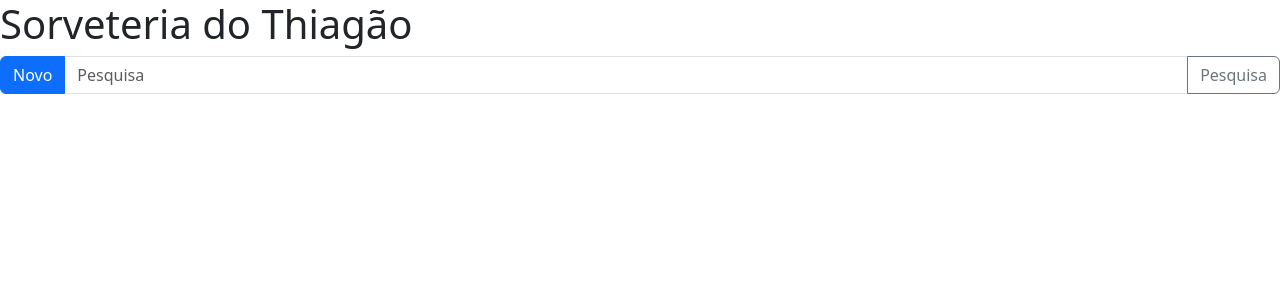
Repository: marcolino-t/Desenvolvimento_Web
Page: OlaMundo2/src/main/webapp/sorveteapi/sorvete.html
The author's editor kept a copy of each file at every save. The page is drawn from the files as they stood at one save, then again after the next save.
The browser window is 1280 px wide. The pictures show the whole page.
The page's requests for data from a server got no answer.

Above is the page before, as saved 2024-12-01 13:59:08.

After the next save:
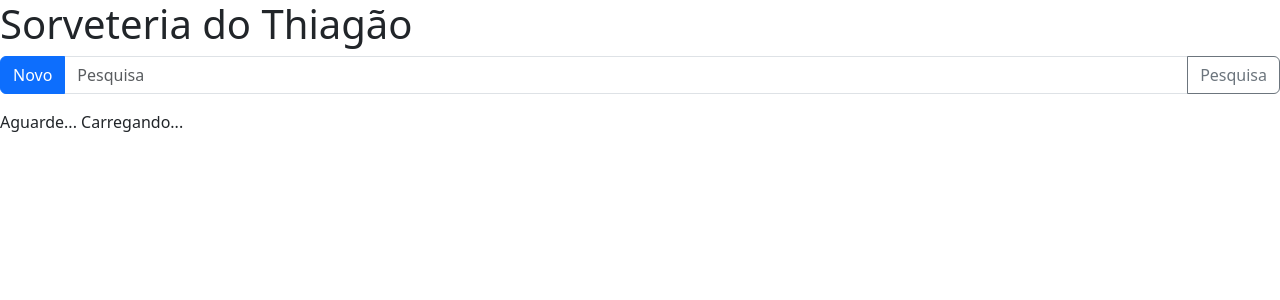
Saved 4 s later.
--- a/OlaMundo2/src/main/webapp/sorveteapi/sorvete.html
+++ b/OlaMundo2/src/main/webapp/sorveteapi/sorvete.html
@@ -9,7 +9,7 @@
 	crossorigin="anonymous">
 <title>Cadastro de Sorvetes</title>
 </head>
-<body onload= >
+<body onload=listar() >
 	<h1>Sorveteria do Thiagão</h1>
 	<div class="input-group mb-3">
 		<button type="button" class="btn btn-primary" onclick="novo()">Novo</button>
